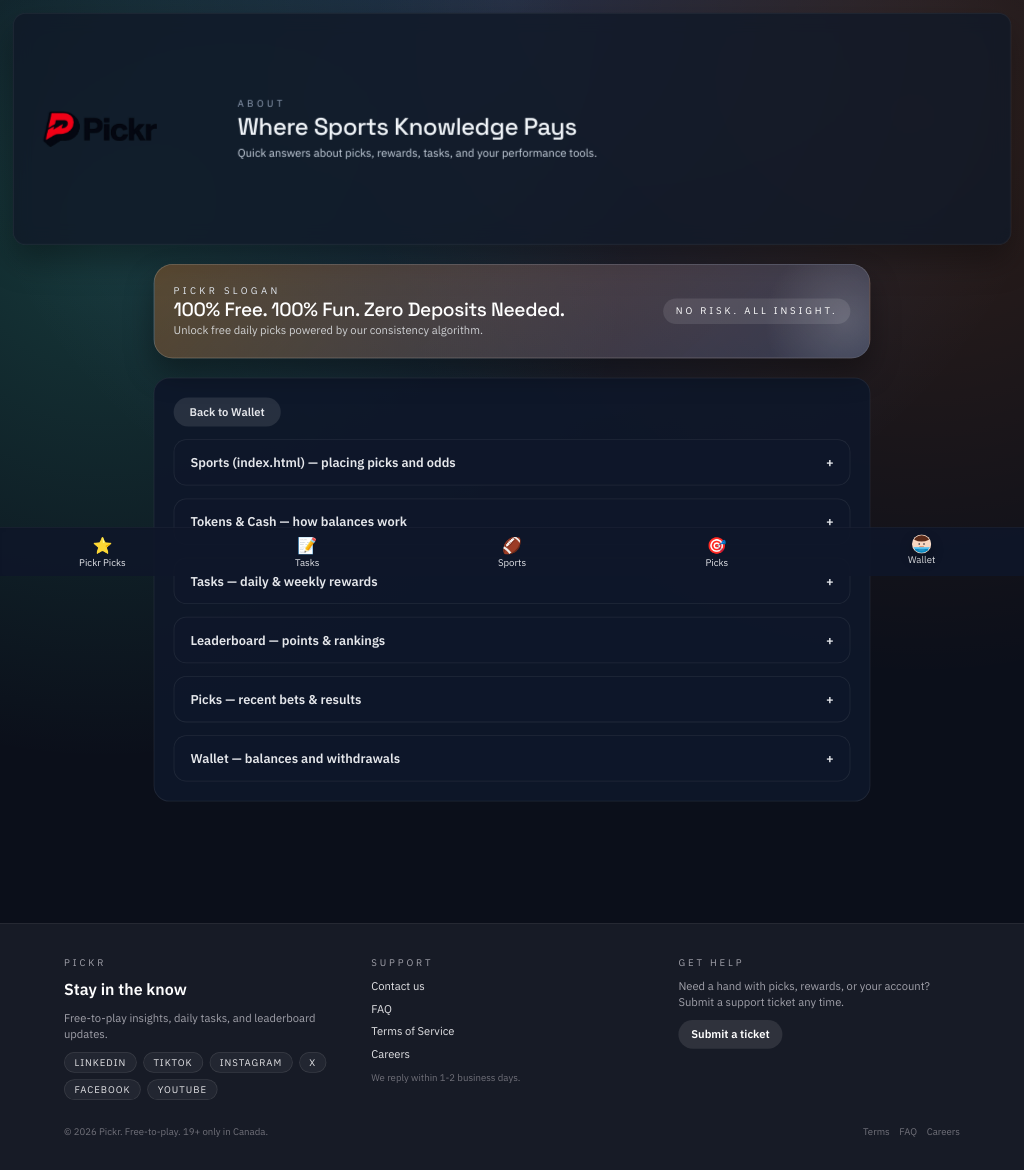
Repository: prav2004/therealdeal
Page: public/about.html
These files come from the project's save history. The page is drawn as it stood at one moment and after the next save; the edit follows.
The browser window is 1280 px wide. The pictures show the whole page, at 80% of full size.
The page's requests for data from a server got no answer. Some web libraries are served in a nearby version.

Above is the page before, as saved 2026-02-17 17:30:43.

### public/about.html
<!DOCTYPE html>
<html lang="en">
  <head>
    <meta charset="UTF-8" />
    <meta name="viewport" content="width=device-width, initial-scale=1.0, viewport-fit=cover" />
    <title>About Pickr</title>
    <link rel="icon" type="image/png" sizes="16x16" href="tablogo.png" />
    <link rel="icon" type="image/png" sizes="32x32" href="tablogo.png" />
    <link rel="icon" type="image/png" sizes="48x48" href="tablogo.png" />
    <link rel="icon" type="image/png" sizes="192x192" href="tablogo.png" />
    <link rel="apple-touch-icon" sizes="180x180" href="tablogo.png" />
    <script src="https://cdn.tailwindcss.com"></script>
    <link rel="preconnect" href="https://fonts.googleapis.com">
    <link rel="preconnect" href="https://fonts.gstatic.com" crossorigin>
    <link href="https://fonts.googleapis.com/css2?family=IBM+Plex+Sans:wght@400;500;600&family=Space+Grotesk:wght@500;600;700&display=swap" rel="stylesheet">
    <style>
      :root {
        --ink: #0b0f1a;
        --ember: #ff7a1a;
        --mint: #40d9b5;
        --sky: #7aa7ff;
        --card: rgba(17, 25, 40, 0.82);
      }
      body {
        font-family: 'IBM Plex Sans', sans-serif;
        background: radial-gradient(circle at top, rgba(122, 167, 255, 0.18), transparent 45%),
          radial-gradient(circle at 10% 20%, rgba(64, 217, 181, 0.2), transparent 40%),
          radial-gradient(circle at 90% 10%, rgba(255, 122, 26, 0.15), transparent 40%),
          var(--ink);
        color: #e5e7eb;
      }
      .hero-title { font-family: 'Space Grotesk', sans-serif; letter-spacing: -0.02em; }
      .glass {
        background: var(--card);
        border: 1px solid rgba(255, 255, 255, 0.08);
        box-shadow: 0 20px 40px rgba(0, 0, 0, 0.35);
        backdrop-filter: blur(12px);
        -webkit-backdrop-filter: blur(12px);
      }
      .panel {
        background: rgba(15, 23, 42, 0.92);
        border: 1px solid rgba(255, 255, 255, 0.08);
        border-radius: 1.25rem;
      }
      .slogan-panel {
        background: linear-gradient(135deg, rgba(255, 122, 26, 0.28), rgba(122, 167, 255, 0.22));
        border: 1px solid rgba(255, 255, 255, 0.18);
        border-radius: 1.5rem;
        box-shadow: 0 18px 36px rgba(0, 0, 0, 0.35);
        position: relative;
        overflow: hidden;
      }
      .slogan-title {
        font-family: 'Space Grotesk', sans-serif;
        letter-spacing: -0.02em;
      }
      .slogan-panel::after {
        content: '';
        position: absolute;
        top: -40px;
        right: -80px;
        width: 220px;
        height: 220px;
        background: radial-gradient(circle, rgba(255, 255, 255, 0.18), transparent 65%);
        opacity: 0.9;
        pointer-events: none;
      }
      .bottom-nav { padding-bottom: env(safe-area-inset-bottom); bottom: env(safe-area-inset-bottom); z-index: 50; }
      .page-main { padding-bottom: calc(6rem + env(safe-area-inset-bottom)); }
      @media (orientation: portrait) {
        .page-main { padding-bottom: calc(7rem + env(safe-area-inset-bottom)); }
      }
      .accordion-btn {
        width: 100%;
        text-align: left;
        display: flex;
        align-items: center;
        justify-content: space-between;
        gap: 1rem;
        padding: 1rem 1.25rem;
        background: rgba(15, 23, 42, 0.7);
        border: 1px solid rgba(255, 255, 255, 0.08);
        border-radius: 1rem;
        color: #e5e7eb;
        font-weight: 600;
      }
      .accordion-panel {
        display: none;
        padding: 0.75rem 1.25rem 1.25rem;
        color: #cbd5f5;
      }
      .accordion-panel.open { display: block; }
    </style>
  </head>
  <body class="flex flex-col min-h-screen">
    <header class="glass mx-4 mt-4 rounded-2xl p-4 md:p-6 flex flex-col gap-4 sm:flex-row sm:items-center sm:justify-between">
      <div class="flex items-center gap-4">
        <img src="logo.png" alt="Pickr logo" class="h-[10rem] w-[10rem] sm:h-[12.5rem] sm:w-[12.5rem] lg:h-[15rem] lg:w-[15rem] object-contain" />
        <div class="space-y-1">
          <div class="text-xs uppercase tracking-[0.35em] text-slate-400">About</div>
          <h1 class="hero-title text-2xl sm:text-3xl text-slate-100">Where Sports Knowledge Pays</h1>
          <p class="text-sm text-slate-300">Quick answers about picks, rewards, tasks, and your performance tools.</p>
        </div>
      </div>
    </header>

    <main class="flex-1 px-4 pt-6 page-main">
      <section class="slogan-panel max-w-4xl mx-auto p-6 mb-6">
        <div class="relative z-10 flex flex-col gap-3 sm:flex-row sm:items-center sm:justify-between">
          <div>
            <div class="text-xs uppercase tracking-[0.35em] text-slate-200">Pickr slogan</div>
            <h2 class="slogan-title text-2xl text-white">100% Free. 100% Fun. Zero Deposits Needed.</h2>
            <p class="text-sm text-slate-100/80">Unlock free daily picks powered by our consistency algorithm.</p>
          </div>
          <div class="rounded-full bg-white/10 px-4 py-2 text-xs uppercase tracking-[0.3em] text-white">No risk. All insight.</div>
        </div>
      </section>
      <section class="panel p-6 max-w-4xl mx-auto">
        <div class="mb-4">
          <a href="wallet.html" class="inline-flex items-center justify-center px-5 py-2 rounded-full bg-white/10 hover:bg-white/20 text-sm font-semibold">Back to Wallet</a>
        </div>
        <div class="space-y-4" id="aboutAccordion">
          <div>
            <button class="accordion-btn" type="button" data-target="sports">
              <span>Sports (index.html) — placing picks and odds</span>
              <span>+</span>
            </button>
            <div id="sports" class="accordion-panel">
              On Sports, you choose games and make picks. Odds are shown per selection, and your slip calculates parlay odds automatically. This is where betting happens.
            </div>
          </div>
          <div>
            <button class="accordion-btn" type="button" data-target="tokens">
              <span>Tokens &amp; Cash — how balances work</span>
              <span>+</span>
            </button>
            <div id="tokens" class="accordion-panel">
              Tokens are in-app credits used for rewards and picks. A common conversion is 100 tokens = $1.00 in value. Cash is your wallet balance for cash-based actions.
            </div>
          </div>
          <div>
            <button class="accordion-btn" type="button" data-target="tasks">
              <span>Tasks — daily &amp; weekly rewards</span>
              <span>+</span>
            </button>
            <div id="tasks" class="accordion-panel">
              Tasks include daily and weekly quests, streak tracking, and the daily spin. Claim rewards after completing each goal to stack tokens and XP.
            </div>
          </div>
          <div>
            <button class="accordion-btn" type="button" data-target="leaderboard">
              <span>Leaderboard — points &amp; rankings</span>
              <span>+</span>
            </button>
            <div id="leaderboard" class="accordion-panel">
              The leaderboard ranks players by combined points (wins, streaks, and XP momentum). Keep climbing with consistent performance.
            </div>
          </div>
          <div>
            <button class="accordion-btn" type="button" data-target="picks">
              <span>Picks — recent bets &amp; results</span>
              <span>+</span>
            </button>
            <div id="picks" class="accordion-panel">
              Picks shows your recent bets, odds, stakes, and performance snapshots across week, month, and year views.
            </div>
          </div>
          <div>
            <button class="accordion-btn" type="button" data-target="wallet">
              <span>Wallet — balances and withdrawals</span>
              <span>+</span>
            </button>
            <div id="wallet" class="accordion-panel">
              Wallet displays your token and cash balances, plus account info. Withdrawals are handled here (when enabled).
            </div>
          </div>
        </div>
      </section>
    </main>

    <nav class="fixed bottom-0 left-0 right-0 bg-slate-900/90 border-t border-white/5 shadow-inner flex text-xs bottom-nav">
      <a href="leaderboard.html" class="nav-link flex-1 flex flex-col items-center py-2">
        <span class="text-xl">⭐</span>
        <span>Pickr Picks</span>
      </a>
      <a href="tasks.html" class="nav-link flex-1 flex flex-col items-center py-2">
        <span class="text-xl">📝</span>
        <span>Tasks</span>
      </a>
      <a href="index.html" class="nav-link flex-1 flex flex-col items-center py-2">
        <span class="text-xl">🏈</span>
        <span>Sports</span>
      </a>
      <a href="picks.html" class="nav-link flex-1 flex flex-col items-center py-2">
        <span class="text-xl">🎯</span>
        <span>Picks</span>
      </a>
      <a href="wallet.html" class="nav-link active flex-1 flex flex-col items-center py-2">
        <div class="pickr-avatar" data-size="24" aria-hidden="true"></div>
        <span>Wallet</span>
      </a>
    </nav>

    <script src="config.js"></script>
    <script src="script.js"></script>
    <script>
      document.querySelectorAll('.accordion-btn').forEach((btn) => {
        btn.addEventListener('click', () => {
          const targetId = btn.getAttribute('data-target');
          const panel = document.getElementById(targetId);
          const isOpen = panel.classList.contains('open');
          document.querySelectorAll('.accordion-panel').forEach((p) => p.classList.remove('open'));
          document.querySelectorAll('.accordion-btn span:last-child').forEach((s) => { s.textContent = '+'; });
          if (!isOpen) {
            panel.classList.add('open');
            btn.querySelector('span:last-child').textContent = '–';
          }
        });
      });
    </script>
    <footer class="mt-14 border-t border-white/10 bg-white/5">
      <div class="mx-auto w-full max-w-6xl px-4 py-10">
        <div class="grid gap-8 md:grid-cols-3">
          <div class="space-y-3">
            <div class="text-xs uppercase tracking-[0.3em] text-zinc-400">Pickr</div>
            <div class="text-xl font-semibold text-white">Stay in the know</div>
            <p class="text-sm text-zinc-400">Free-to-play insights, daily tasks, and leaderboard updates.</p>
            <div class="flex flex-wrap gap-2">
              <a class="rounded-full border border-white/10 bg-white/5 px-3 py-1 text-xs uppercase tracking-widest text-zinc-200 hover:border-white/30 hover:text-white" href="https://www.linkedin.com" target="_blank" rel="noopener">LinkedIn</a>
              <a class="rounded-full border border-white/10 bg-white/5 px-3 py-1 text-xs uppercase tracking-widest text-zinc-200 hover:border-white/30 hover:text-white" href="https://www.tiktok.com" target="_blank" rel="noopener">TikTok</a>
              <a class="rounded-full border border-white/10 bg-white/5 px-3 py-1 text-xs uppercase tracking-widest text-zinc-200 hover:border-white/30 hover:text-white" href="https://www.instagram.com" target="_blank" rel="noopener">Instagram</a>
              <a class="rounded-full border border-white/10 bg-white/5 px-3 py-1 text-xs uppercase tracking-widest text-zinc-200 hover:border-white/30 hover:text-white" href="https://x.com" target="_blank" rel="noopener">X</a>
              <a class="rounded-full border border-white/10 bg-white/5 px-3 py-1 text-xs uppercase tracking-widest text-zinc-200 hover:border-white/30 hover:text-white" href="https://www.facebook.com" target="_blank" rel="noopener">Facebook</a>
              <a class="rounded-full border border-white/10 bg-white/5 px-3 py-1 text-xs uppercase tracking-widest text-zinc-200 hover:border-white/30 hover:text-white" href="https://www.youtube.com" target="_blank" rel="noopener">YouTube</a>
            </div>
          </div>
          <div class="space-y-3">
            <div class="text-xs uppercase tracking-[0.3em] text-zinc-400">Support</div>
            <div class="flex flex-col gap-2 text-sm">
              <a class="text-zinc-200 hover:text-white" href="contact.html">Contact us</a>
              <a class="text-zinc-200 hover:text-white" href="faq.html">FAQ</a>
              <a class="text-zinc-200 hover:text-white" href="terms.html">Terms of Service</a>
              <a class="text-zinc-200 hover:text-white" href="careers.html">Careers</a>
            </div>
            <div class="text-xs text-zinc-500">We reply within 1-2 business days.</div>
          </div>
          <div class="space-y-3">
            <div class="text-xs uppercase tracking-[0.3em] text-zinc-400">Get help</div>
            <p class="text-sm text-zinc-400">Need a hand with picks, rewards, or your account? Submit a support ticket any time.</p>
            <a class="inline-flex items-center justify-center rounded-full bg-white/10 px-4 py-2 text-sm font-semibold text-white hover:bg-white/20" href="contact.html">Submit a ticket</a>
          </div>
        </div>
        <div class="mt-8 flex flex-col gap-2 text-xs text-zinc-500 sm:flex-row sm:items-center sm:justify-between">
          <div>© 2026 Pickr. Free-to-play. 19+ only in Canada.</div>
          <div class="flex flex-wrap gap-3">
            <a class="hover:text-zinc-200" href="terms.html">Terms</a>
            <a class="hover:text-zinc-200" href="faq.html">FAQ</a>
            <a class="hover:text-zinc-200" href="careers.html">Careers</a>
          </div>
        </div>
      </div>
    </footer>
  </body>
</html>

### public/config.js
// Backend API configuration
// In production (Netlify), use Cloud Run backend
// In local dev, use localhost
window.PICKR_CONFIG = {
  API_BASE_URL: window.location.hostname === 'localhost' || window.location.hostname === '127.0.0.1'
    ? '' // Use relative URLs for local dev
    : 'https://pickr-backend-972106331799.us-central1.run.app' // Cloud Run backend
};

Loaded but not shown: public/script.js (2306 lines, source omitted)

After the next save:
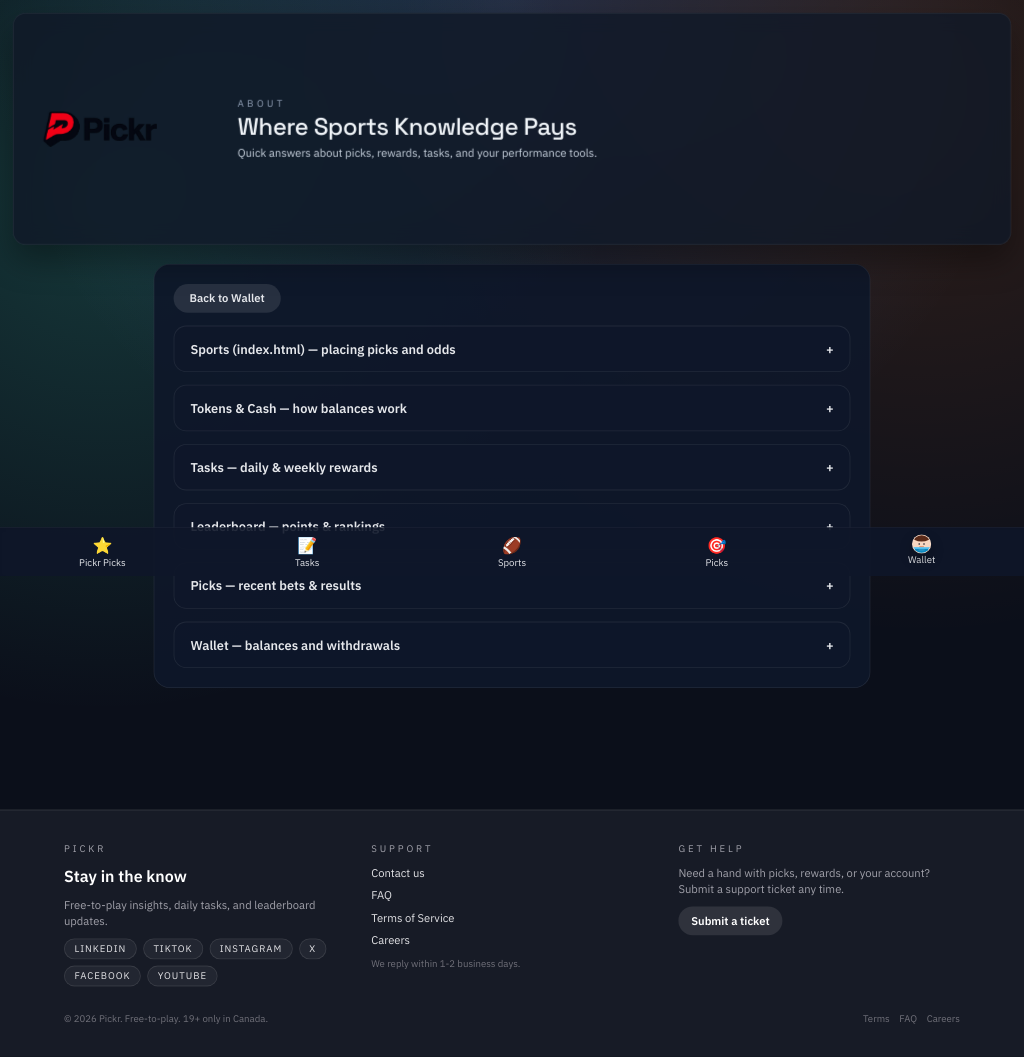
Saved 3 min 40 s later.
--- a/public/about.html
+++ b/public/about.html
@@ -42,29 +42,6 @@
         border: 1px solid rgba(255, 255, 255, 0.08);
         border-radius: 1.25rem;
       }
-      .slogan-panel {
-        background: linear-gradient(135deg, rgba(255, 122, 26, 0.28), rgba(122, 167, 255, 0.22));
-        border: 1px solid rgba(255, 255, 255, 0.18);
-        border-radius: 1.5rem;
-        box-shadow: 0 18px 36px rgba(0, 0, 0, 0.35);
-        position: relative;
-        overflow: hidden;
-      }
-      .slogan-title {
-        font-family: 'Space Grotesk', sans-serif;
-        letter-spacing: -0.02em;
-      }
-      .slogan-panel::after {
-        content: '';
-        position: absolute;
-        top: -40px;
-        right: -80px;
-        width: 220px;
-        height: 220px;
-        background: radial-gradient(circle, rgba(255, 255, 255, 0.18), transparent 65%);
-        opacity: 0.9;
-        pointer-events: none;
-      }
       .bottom-nav { padding-bottom: env(safe-area-inset-bottom); bottom: env(safe-area-inset-bottom); z-index: 50; }
       .page-main { padding-bottom: calc(6rem + env(safe-area-inset-bottom)); }
       @media (orientation: portrait) {
@@ -105,16 +82,6 @@
     </header>
 
     <main class="flex-1 px-4 pt-6 page-main">
-      <section class="slogan-panel max-w-4xl mx-auto p-6 mb-6">
-        <div class="relative z-10 flex flex-col gap-3 sm:flex-row sm:items-center sm:justify-between">
-          <div>
-            <div class="text-xs uppercase tracking-[0.35em] text-slate-200">Pickr slogan</div>
-            <h2 class="slogan-title text-2xl text-white">100% Free. 100% Fun. Zero Deposits Needed.</h2>
-            <p class="text-sm text-slate-100/80">Unlock free daily picks powered by our consistency algorithm.</p>
-          </div>
-          <div class="rounded-full bg-white/10 px-4 py-2 text-xs uppercase tracking-[0.3em] text-white">No risk. All insight.</div>
-        </div>
-      </section>
       <section class="panel p-6 max-w-4xl mx-auto">
         <div class="mb-4">
           <a href="wallet.html" class="inline-flex items-center justify-center px-5 py-2 rounded-full bg-white/10 hover:bg-white/20 text-sm font-semibold">Back to Wallet</a>
